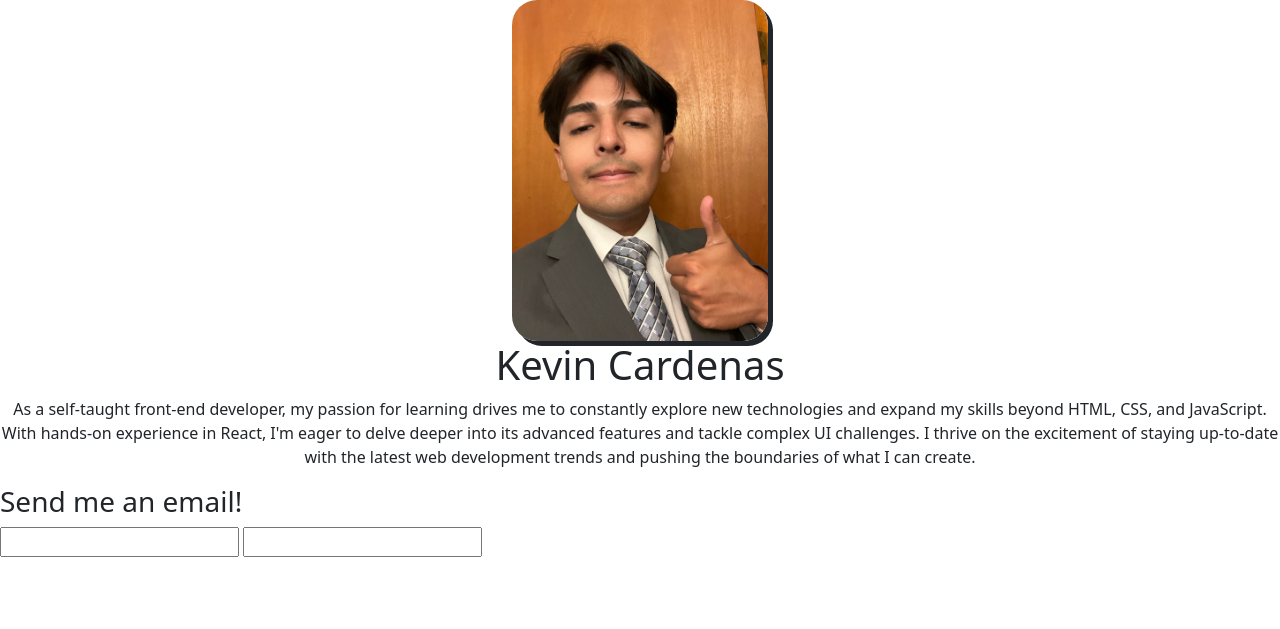
Repository: elqueben/elqueben.github.io
Page: public/index.html
These files come from the project's save history. The page is drawn as it stood at one moment and after a run of saves; the edit follows.
The browser window is 1280 px wide. The pictures show the whole page.

Above is the page before, as saved 2023-06-20 11:54:06.

After the next 2 saves:
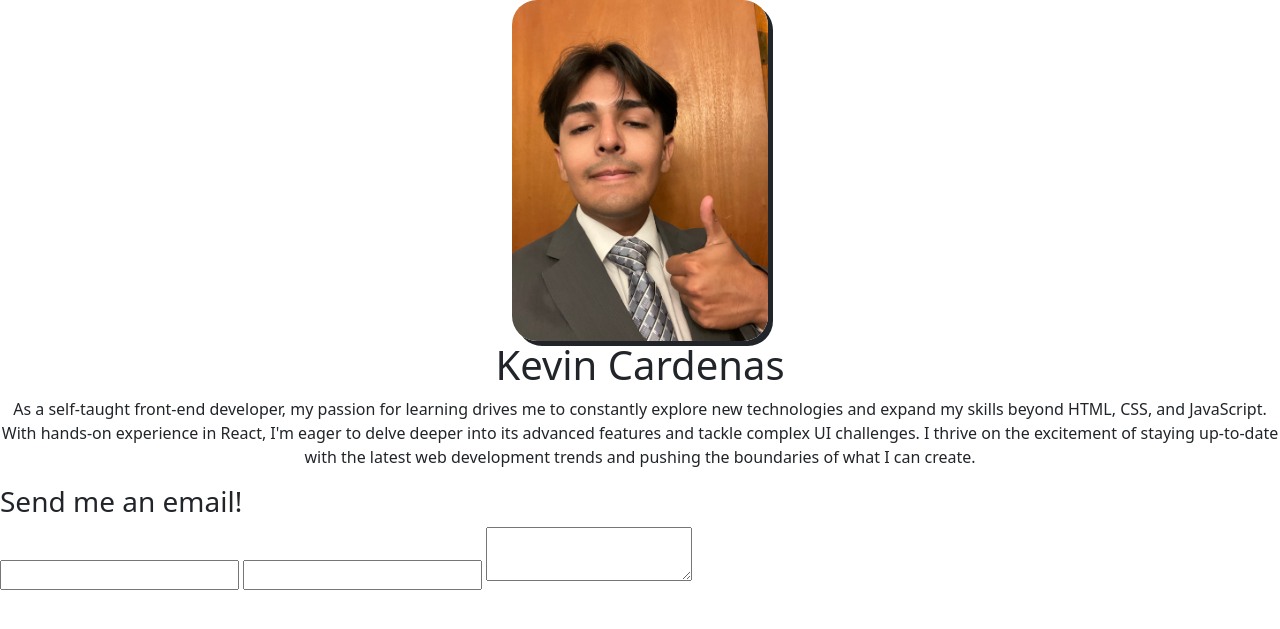
The 2 saves are shown as one change because they came seconds apart.
The last was saved 5 s later.
--- a/public/index.html
+++ b/public/index.html
@@ -19,7 +19,7 @@
       <form>
         <input type="text" name="name">
         <input type="text" name="email">
-
+        <textarea></textarea>
       </form>
     </div>
   </div>
